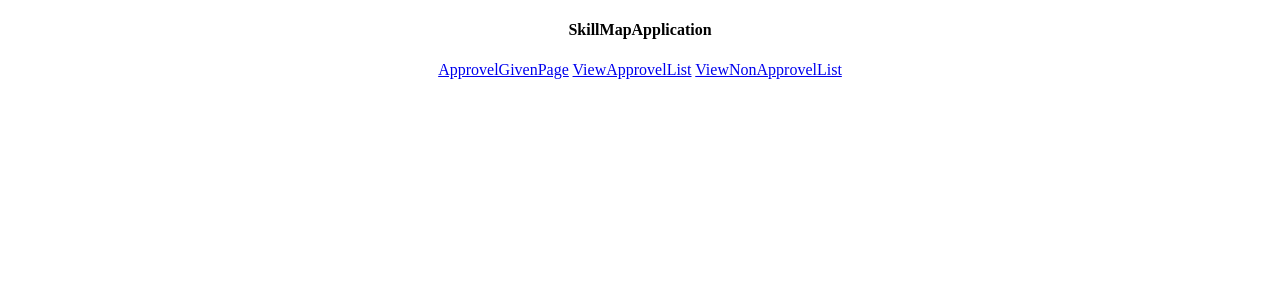
Repository: Karthi-Mano/AdvanceJavaPrograms
Page: http://localhost/CEBProject/hrheaderpage.jsp
These files come from the project's save history. The page is drawn as it stood at one moment and after a run of saves; the edit follows.
The browser window is 1280 px wide. The pictures show the whole page.
The page is served by Tomcat 9. Other server files are loaded and not shown.

Above is the page before, as saved 2018-05-12 19:50:07.

### CEBProject/WebContent/hrheaderpage.jsp
<%@ page language="java" contentType="text/html; charset=ISO-8859-1"
    pageEncoding="ISO-8859-1"%>
<!DOCTYPE html PUBLIC "-//W3C//DTD HTML 4.01 Transitional//EN" "http://www.w3.org/TR/html4/loose.dtd">
<html>
<head>
<meta http-equiv="Content-Type" content="text/html; charset=ISO-8859-1">
<title>Insert title here</title>
</head>
<body>
<center>
<h4>SkillMapApplication</h4>
<!-- hyperlink -->
<a href="Approvehrform.jsp">ApprovelGivenPage</a>
<a href="ViewApprovel.jsp">ViewApprovelList</a>
<a href="ViewNonApprovel.jsp">ViewNonApprovelList</a>

</center>
</body>
</html>

After the next 2 saves:
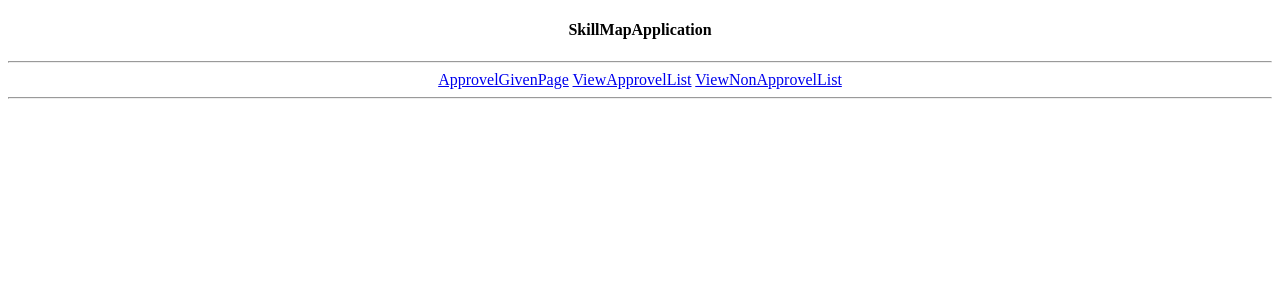
The 2 saves are shown as one change because they came seconds apart.
The last was saved 76 s later.
--- a/CEBProject/WebContent/hrheaderpage.jsp
+++ b/CEBProject/WebContent/hrheaderpage.jsp
@@ -10,10 +10,11 @@
 <center>
 <h4>SkillMapApplication</h4>
 <!-- hyperlink -->
+<hr/>
 <a href="Approvehrform.jsp">ApprovelGivenPage</a>
 <a href="ViewApprovel.jsp">ViewApprovelList</a>
 <a href="ViewNonApprovel.jsp">ViewNonApprovelList</a>
-
+<hr/>
 </center>
 </body>
 </html>
